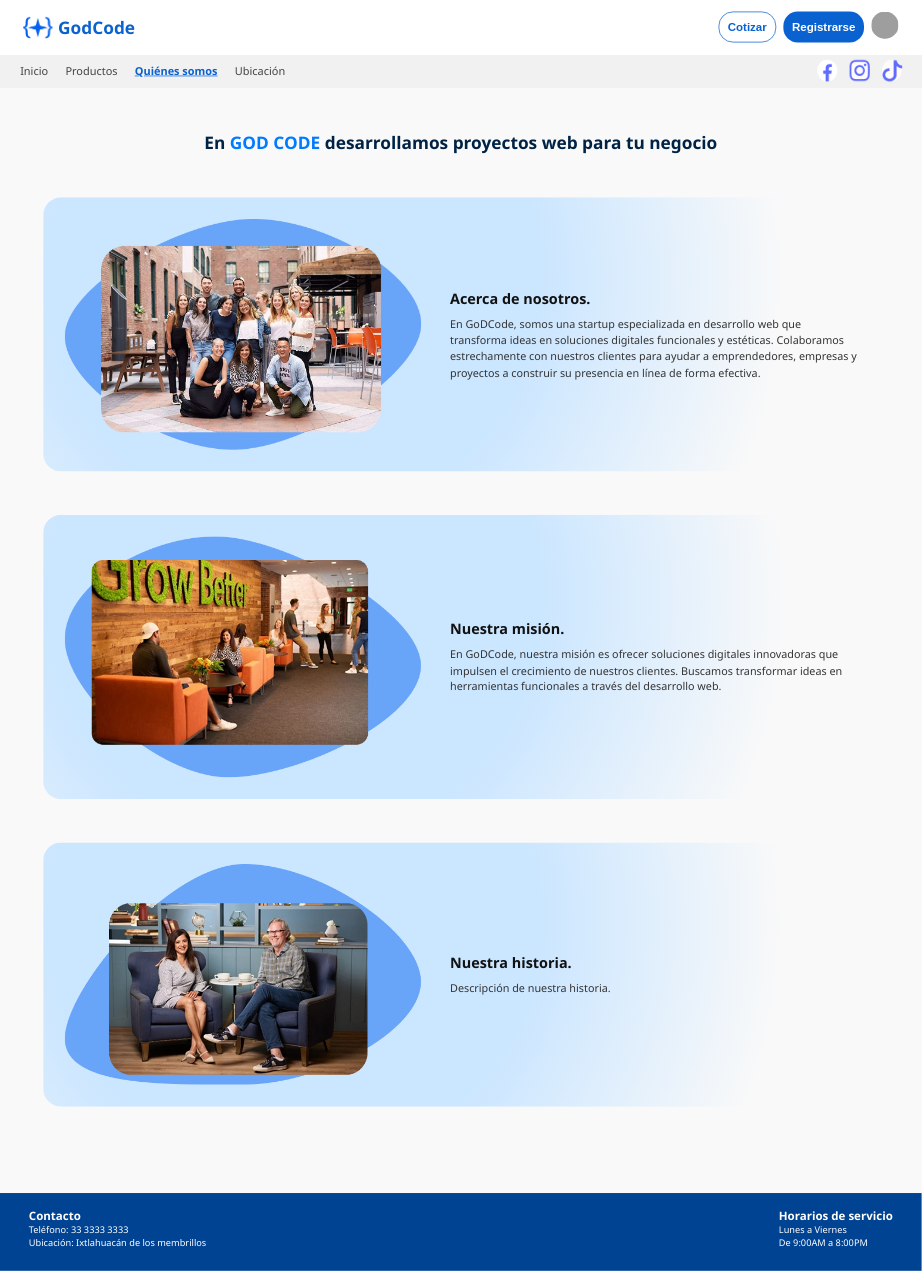
Repository: deDios/God-Code
Page: http://localhost/VIEW/Nosotros.php
The author's editor kept a copy of each file at every save. The page is drawn from the files as they stood at one save, then again after the next save.
The browser window is 1280 px wide. The pictures show the whole page, at 72% of full size.
Pictures or frames that could not be fetched are drawn as grey boxes. The page is run by PHP 8.4 with error messages shown; the project is at /var/www/html/.

Above is the page before, as saved 2025-06-08 11:15:43.
Console error: TypeError: Cannot set properties of null (setting 'innerHTML')

After the next save:
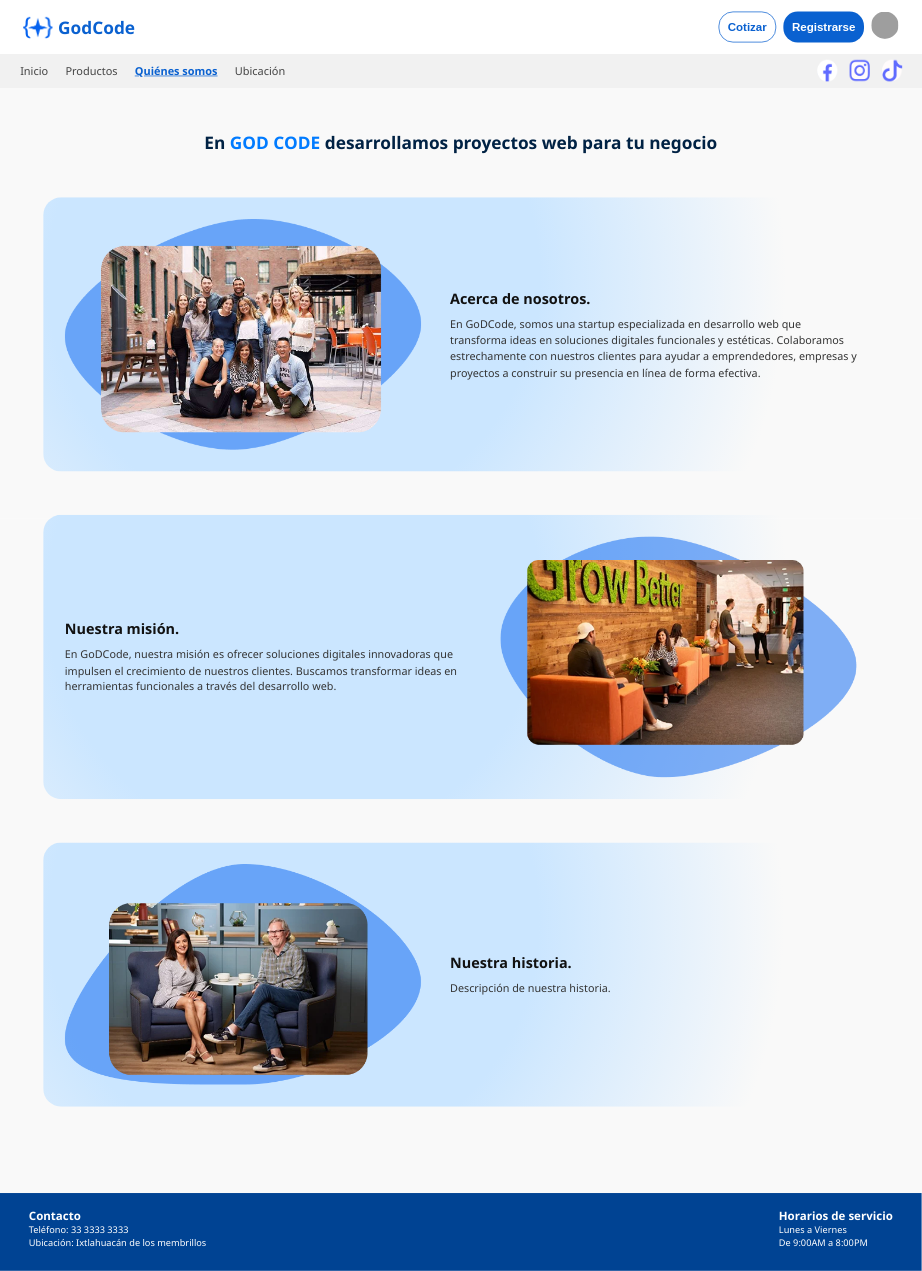
Saved 33 s later.
--- a/VIEW/Nosotros.php
+++ b/VIEW/Nosotros.php
@@ -91,13 +91,14 @@
             <!-- Nuestra misión -->
             <div class="bloque-nosotros fila invertida">
                 <div class="decoracion"></div>
+                <img src="../ASSETS/Nosotros/seccion1_img2.png" alt="Nuestra misión" class="imagen-nosotros">
                 <div class="texto-nosotros">
                     <h3>Nuestra misión.</h3>
                     <p>En GoDCode, nuestra misión es ofrecer soluciones digitales innovadoras que impulsen el
                         crecimiento de nuestros clientes. Buscamos transformar ideas en herramientas funcionales a
                         través del desarrollo web.</p>
                 </div>
-                <img src="../ASSETS/Nosotros/seccion1_img2.png" alt="Nuestra misión" class="imagen-nosotros">
+
             </div>
 
             <!-- Nuestra historia -->
